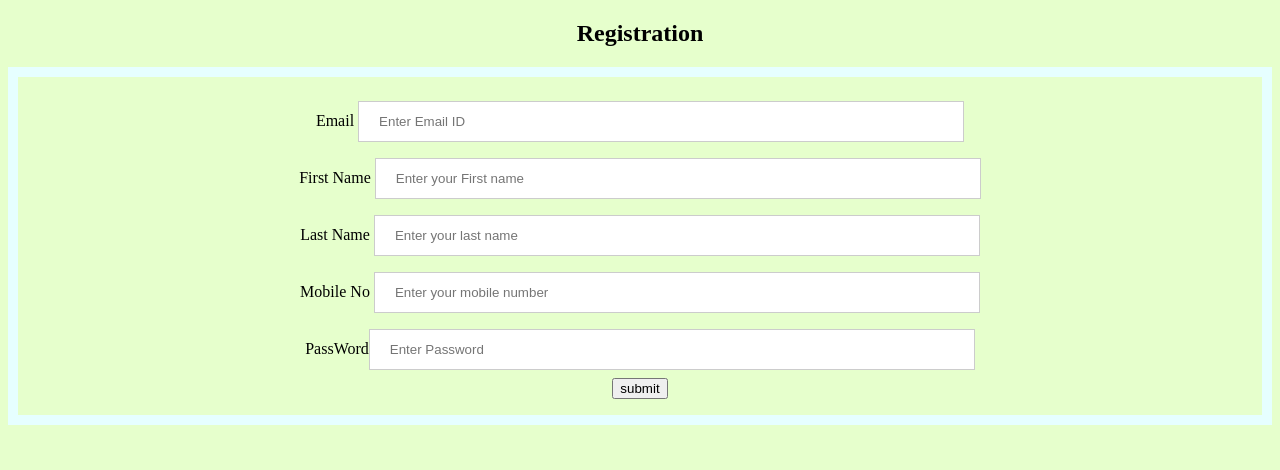
Repository: jagdishpatil18/JavaAdv
Page: Login_App/WebContent/signup.html
An editor plug-in stored every save of this project. The page is shown before and after the next save, followed by the edit.
The browser window is 1280 px wide. The pictures show the whole page.

Above is the page before, as saved 2017-04-28 06:12:19.

After the next save:
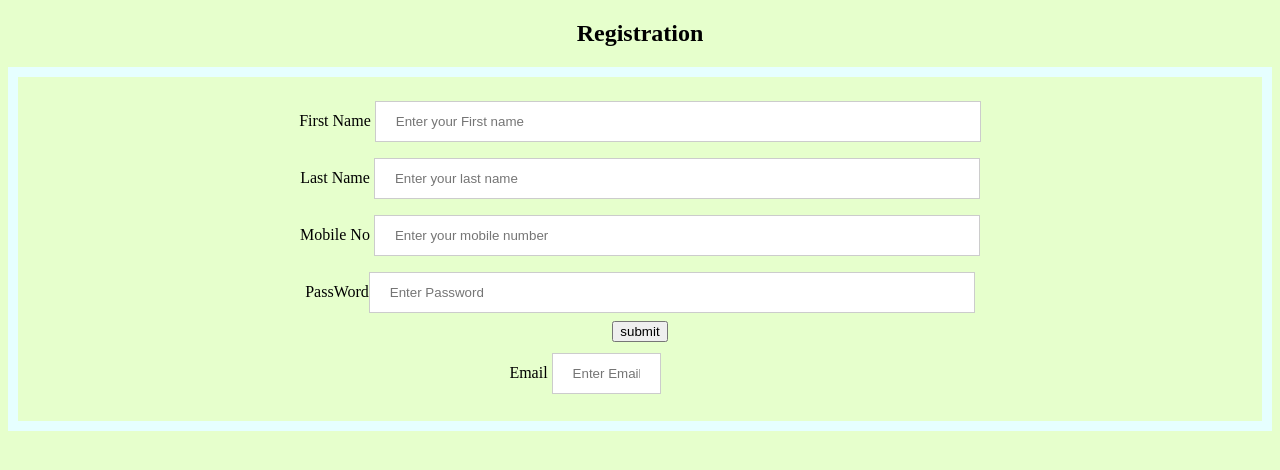
Saved 2 min 43 s later.
--- a/Login_App/WebContent/signup.html
+++ b/Login_App/WebContent/signup.html
@@ -29,16 +29,16 @@ input[type=text], input[type=password] {
 <body bgcolor="#e6ffcc">
 	<form action="SignupServlet" method="post">
 		<div class="container" style="background-color: #e6ffcc">
-			<center>
-				<label>   Email <input type="text" placeholder="Enter Email ID"
-					name="EmailId"><br></label> <label>First Name <input
+			<center><table>
+			<tr>	<label><td>   Email </td><td><input type="text" placeholder="Enter Email ID"
+					name="EmailId"><br></td></tr></label> <label>First Name <input
 					type="text" placeholder="Enter your First name" name="firstname"><br></label>
 				<label>Last Name <input type="text" placeholder="Enter your last name" name="lastname"><br></label>
 				<label>Mobile No <input type="text"
 					placeholder="Enter your mobile number" name="mobileno""><br></label>
 					<label>PassWord<input type="password" placeholder="Enter Password" name="password"> </label>
 			<br><input type="submit" value="submit">
-			</center>
+		</table>	</center>
 		</div>
 	</form>
 </body>
